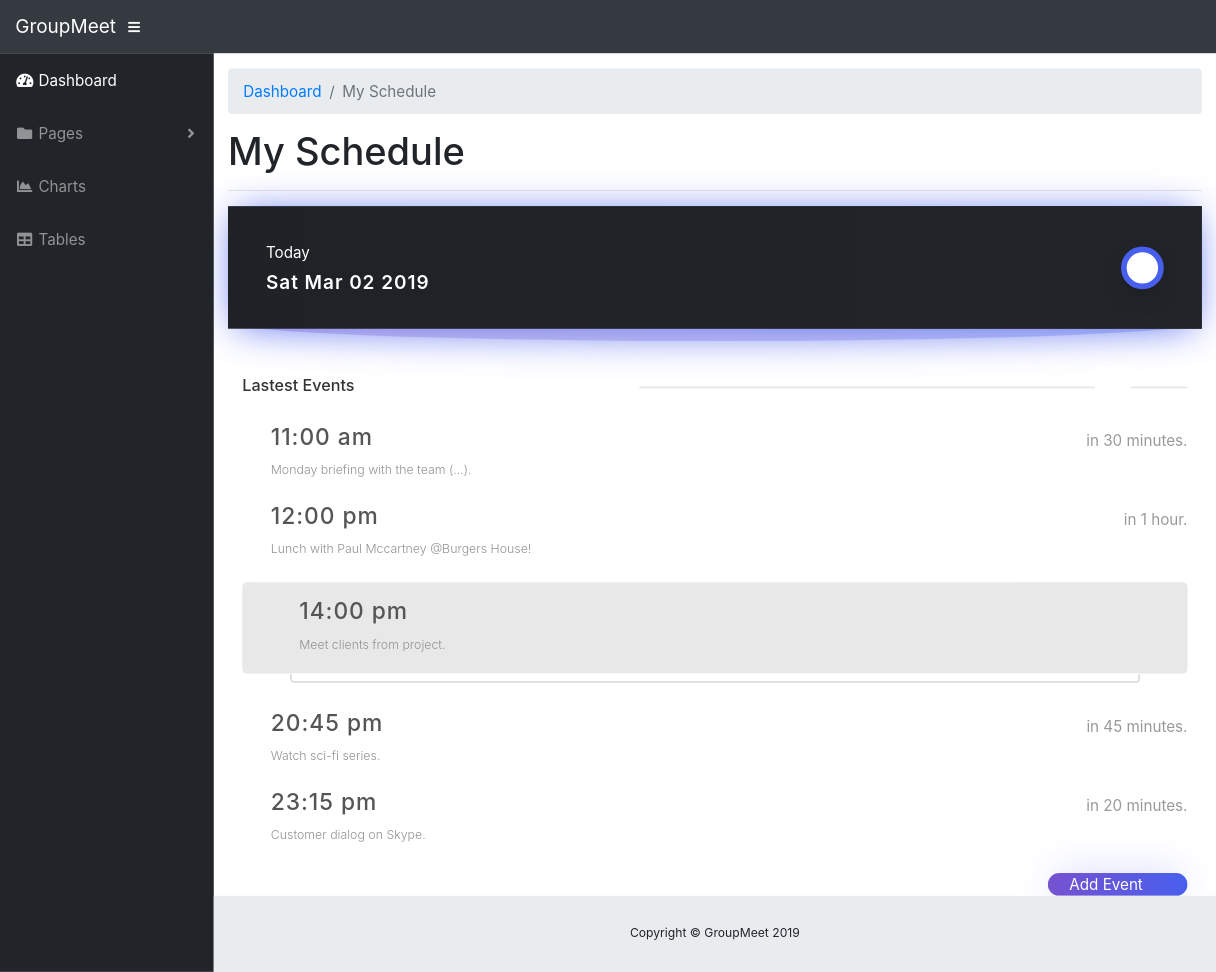
Repository: Map2g/GroupMeet
Page: messing_around.html
The author's editor kept a record of every edit. The page is drawn from the files as they stood at one moment, then again after the next edit.
The browser window is 1280 px wide. The pictures show the whole page, at 95% of full size.

Above is the page before.

### messing_around.html
<!DOCTYPE html>
  <meta charset="utf-8">
  <meta http-equiv="X-UA-Compatible" content="IE=edge">
  <meta name="viewport" content="width=device-width, initial-scale=1, shrink-to-fit=no">
  <meta name="description" content="">
  <meta name="author" content="">

  <title>SB Admin - Dashboard</title>

  <!-- Custom fonts for this template-->
  <link href="vendor/fontawesome-free/css/all.min.css" rel="stylesheet" type="text/css">

  <!-- Page level plugin CSS-->
  <link href="vendor/datatables/dataTables.bootstrap4.css" rel="stylesheet">
  <link href="calendar.css" rel="stylesheet">

  <!-- Custom styles for this template-->
  <link href="css/sb-admin.css" rel="stylesheet">

</head>

<body id="page-top">

  <nav class="navbar navbar-expand navbar-dark bg-dark static-top">

    <a class="navbar-brand mr-1" href="index.html">GroupMeet</a>

    <button class="btn btn-link btn-sm text-white order-1 order-sm-0" id="sidebarToggle" href="#">
      <i class="fas fa-bars"></i>
    </button>

    <!-- Navbar Search
    <form class="d-none d-md-inline-block form-inline ml-auto mr-0 mr-md-3 my-2 my-md-0">
      <div class="input-group">
        <input type="text" class="form-control" placeholder="Search for..." aria-label="Search" aria-describedby="basic-addon2">
        <div class="input-group-append">
          <button class="btn btn-primary" type="button">
            <i class="fas fa-search"></i>
          </button>
        </div>
      </div>
    </form>

    <!-- Navbar
    <ul class="navbar-nav ml-auto ml-md-0">
      <li class="nav-item dropdown no-arrow mx-1">
        <a class="nav-link dropdown-toggle" href="#" id="alertsDropdown" role="button" data-toggle="dropdown" aria-haspopup="true" aria-expanded="false">
          <i class="fas fa-bell fa-fw"></i>
          <span class="badge badge-danger">9+</span>
        </a>
        <div class="dropdown-menu dropdown-menu-right" aria-labelledby="alertsDropdown">
          <a class="dropdown-item" href="#">Action</a>
          <a class="dropdown-item" href="#">Another action</a>
          <div class="dropdown-divider"></div>
          <a class="dropdown-item" href="#">Something else here</a>
        </div>
      </li>
      <li class="nav-item dropdown no-arrow mx-1">
        <a class="nav-link dropdown-toggle" href="#" id="messagesDropdown" role="button" data-toggle="dropdown" aria-haspopup="true" aria-expanded="false">
          <i class="fas fa-envelope fa-fw"></i>
          <span class="badge badge-danger">7</span>
        </a>
        <div class="dropdown-menu dropdown-menu-right" aria-labelledby="messagesDropdown">
          <a class="dropdown-item" href="#">Action</a>
          <a class="dropdown-item" href="#">Another action</a>
          <div class="dropdown-divider"></div>
          <a class="dropdown-item" href="#">Something else here</a>
        </div>
      </li>
      <li class="nav-item dropdown no-arrow">
        <a class="nav-link dropdown-toggle" href="#" id="userDropdown" role="button" data-toggle="dropdown" aria-haspopup="true" aria-expanded="false">
          <i class="fas fa-user-circle fa-fw"></i>
        </a>
        <div class="dropdown-menu dropdown-menu-right" aria-labelledby="userDropdown">
          <a class="dropdown-item" href="#">Settings</a>
          <a class="dropdown-item" href="#">Activity Log</a>
          <div class="dropdown-divider"></div>
          <a class="dropdown-item" href="#" data-toggle="modal" data-target="#logoutModal">Logout</a>
        </div>
      </li>
    </ul>-->

  </nav>

  <div id="wrapper">

    <!-- Sidebar -->
    <ul class="sidebar navbar-nav">
      <li class="nav-item active">
        <a class="nav-link" href="index.html">
          <i class="fas fa-fw fa-tachometer-alt"></i>
          <span>Dashboard</span>
        </a>
      </li>
      <li class="nav-item dropdown">
        <a class="nav-link dropdown-toggle" href="#" id="pagesDropdown" role="button" data-toggle="dropdown" aria-haspopup="true" aria-expanded="false">
          <i class="fas fa-fw fa-folder"></i>
          <span>Pages</span>
        </a>
        <div class="dropdown-menu" aria-labelledby="pagesDropdown">
          <h6 class="dropdown-header">Login Screens:</h6>
          <a class="dropdown-item" href="login.html">Login</a>
          <a class="dropdown-item" href="register.html">Register</a>
          <a class="dropdown-item" href="forgot-password.html">Forgot Password</a>
          <div class="dropdown-divider"></div>
          <h6 class="dropdown-header">Group Management:</h6>
          <a class="dropdown-item" href="register_group.html">Create a Group</a>
          <a class="dropdown-item" href="blank.html">View Group</a>
        </div>
      </li>
      <li class="nav-item">
        <a class="nav-link" href="charts.html">
          <i class="fas fa-fw fa-chart-area"></i>
          <span>Charts</span></a>
      </li>
      <li class="nav-item">
        <a class="nav-link" href="tables.html">
          <i class="fas fa-fw fa-table"></i>
          <span>Tables</span></a>
      </li>
    </ul>

    <div id="content-wrapper">

      <div class="container-fluid">

        <!-- Breadcrumbs-->
        <ol class="breadcrumb">
          <li class="breadcrumb-item">
            <a href="index.html">Dashboard</a>
          </li>
          <li class="breadcrumb-item active">My Schedule</li>
        </ol>

        <!-- Page Content -->
        <h1>My Schedule</h1>
        <hr>

         <!--======= Today =======-->

   <section class="today-box" id="today-box">
      <span class="breadcrumb2">Today</span>  <!--Doesn't work right-->
      <h3 class="date-title"><script>document.write(new Date().toDateString());</script></h3>
      <div class="plus-icon">
         <i class="ion ion-ios-add"></i>
      </div>
   </section>

   <!--======= Upcoming Events =======-->

   <section class="upcoming-events">
      <div class="container">
         <h3>
            Lastest Events

         </h3>
         <div class="events-wrapper">
            <div class="event">
               <i class="ion ion-ios-flame hot"></i>
               <h4 class="event__point">11:00 am</h4>
               <span class="event__duration">in 30 minutes.</span>
               <p class="event__description">
                  Monday briefing with the team (...).
               </p>
            </div>
            <div class="event">
               <i class="ion ion-ios-flame done"></i>
               <h4 class="event__point">12:00 pm</h4>
               <span class="event__duration">in 1 hour.</span>
               <p class="event__description">
                  Lunch with Paul Mccartney @Burgers House!
               </p>
            </div>
            <div class="event active">
               <i class="ion ion-ios-radio-button-on icon-in-active-mode"></i>
               <h4 class="event__point">14:00 pm</h4>
               <p class="event__description">
                  Meet clients from project.
               </p>
            </div>
            <div class="event">
               <i class="ion ion-ios-flame-outline upcoming"></i>
               <h4 class="event__point">20:45 pm</h4>
               <span class="event__duration">in 45 minutes.</span>
               <p class="event__description">
                  Watch sci-fi series.
               </p>
            </div>
            <div class="event">
               <i class="ion ion-ios-flame-outline upcoming"></i>
               <h4 class="event__point">23:15 pm</h4>
               <span class="event__duration">in 20 minutes.</span>
               <p class="event__description">
                  Customer dialog on Skype.
               </p>
            </div>
         </div>
         <button class="add-event-button">
            <span class="add-event-button__title">Add Event</span>

            <span class="add-event-button__icon">
               <i class="ion ion-ios-star-outline"></i>
            </span>


         </button>
      </div>
   </section>


      </div>
      <!-- /.container-fluid -->

      <!-- Sticky Footer -->
      <footer class="sticky-footer">
        <div class="container my-auto">
          <div class="copyright text-center my-auto">
            <span>Copyright © GroupMeet 2019</span>
          </div>
        </div>
      </footer>

    </div>
    <!-- /.content-wrapper -->

  </div>
  <!-- /#wrapper -->

  <!-- Scroll to Top Button-->
  <a class="scroll-to-top rounded" href="#page-top">
    <i class="fas fa-angle-up"></i>
  </a>

  <!-- Logout Modal-->
  <div class="modal fade" id="logoutModal" tabindex="-1" role="dialog" aria-labelledby="exampleModalLabel" aria-hidden="true">
    <div class="modal-dialog" role="document">
      <div class="modal-content">
        <div class="modal-header">
          <h5 class="modal-title" id="exampleModalLabel">Ready to Leave?</h5>
          <button class="close" type="button" data-dismiss="modal" aria-label="Close">
            <span aria-hidden="true">×</span>
          </button>
        </div>
        <div class="modal-body">Select "Logout" below if you are ready to end your current session.</div>
        <div class="modal-footer">
          <button class="btn btn-secondary" type="button" data-dismiss="modal">Cancel</button>
          <a class="btn btn-primary" href="login.html">Logout</a>
        </div>
      </div>
    </div>
  </div>

  <!-- Bootstrap core JavaScript-->
  <script src="vendor/jquery/jquery.min.js"></script>
  <script src="vendor/bootstrap/js/bootstrap.bundle.min.js"></script>

  <!-- Core plugin JavaScript-->
  <script src="vendor/jquery-easing/jquery.easing.min.js"></script>

  <!-- Custom scripts for all pages-->
  <script src="js/sb-admin.min.js"></script>

</body>

</html>

### calendar.css

html {
   box-sizing: border-box;
}

*, *:before, *:after {
   box-sizing: inherit;
}

* {
   outline: 0;
}

/*body {
   background: linear-gradient(45deg, rgb(19, 73, 95), rgb(118, 75, 226), rgb(131, 115, 198), rgb(119, 211, 185));
   background-attachment: fixed;
   height:100vh;
   padding: 3rem 0;
   margin: 0;
   color: #555;
   font: {
      family: 'Lato', sans-serif;
      size: 14px;
   }
}*/

.container {
   width: 90%;
   margin: auto;
}

.mobile-wrapper {
   background: #fff;
   /* relative with .today-box::before*/
   z-index: 1;  /*positive*/ // PARENT
   position: relative;
   /*---------*/
   width: 380px;
   min-height: 100%;
   margin: auto;
   padding: 10px 0 20px;
   border-radius: 10px;
   box-shadow: 0px 10px 30px -10px #000;
   overflow: hidden;

}

/*.header {
   padding-bottom: 15px;
   margin-bottom: 40px;
   .container {
      position: relative;
      span {
         color: #444;
         font: {
            family: 'Ramabhadra';
            size: 21px;
            weight: 700;
         }
      }
      h1 {
         margin-top: 5px;
         color: #919294;
         font: {
            size: 13px;
            weight: 300;
         }
      }

      .menu-toggle {
         width: 25px;
         height: 25px;
         background: #fff;
         padding: 24px;
         border-radius: 50%;
         direction: rtl;
         display: flex;
         align-items: center;
         justify-content: center;
         box-shadow: 0px 10px 30px -14px #000;
         position: absolute;
         top: 0;
         right: 0;
         cursor: pointer;
         span {
            display: block;
            width: 25px;
            height: 2px;
            background: #777;
            border-radius: 2px;
            transition: all 300ms ease;
            &:not(:last-child) {
               margin-bottom: 5px;
            }
            &:first-child {
               width: 20px;
            }
            &:last-child {
               width: 15px;
            }
         }
         &:hover span:first-child,
         &:hover span:last-child {
            width: 100%;
         }
      }
      &::before {
         content: "";
         display: block;
         width: 0;
         height: 0;
         border: 6px solid transparent;
         border-left-color: #e8e8e8;
         position: absolute;
         bottom: -13px;
         right: 0px;
      }
      &::after {
         content: "";
         display: block;
         width: calc(100% - 10px);
         height: 2px;
         background-color: #e8e8e8;
         position: relative;
         top: 8px;
      }
   }
}*/

.today-box {
   background: linear-gradient(to left, #212529, rgba(0, 0, 0, 0.075)), #212529;
   color: #FFF;
   padding: 37px 40px;
   position: relative;
   box-shadow: 0px 0px 40px -9px #485fed;
   margin-bottom: 50px;
   &::before {
      content: "";
      background: linear-gradient(to left, #485fed, rgba(255, 44, 118, .25)), #485fed;
      opacity: 0.4;
      z-index: -1; // CHILD /*negative*/ /* relative with .mobile-wrapper it's his parent background*/
      display: block;
      width: 100%;
      height: 40px;
      margin: auto;
      position: absolute;
      bottom: -13px;
      left: 50%;
      transform: translatex(-50%);
      border-radius: 50%;
      box-shadow: 0px 0px 40px 0 #485fed;
   }
   .breadcrumb {
      font-weight: 300;
      position: relative;
      &::after {
         content: "\f3d1";
         font-family: 'Ionicons';
         vertical-align: middle;
         font-size: 12px;
         font-weight: 100;
         display: inline-block;
         color: #fff;
         text-align: center;
         position: absolute;
         left: 45px;
         top: 3px;
      }
   }
   .date-title {
      font-size: 20px;
      margin: 7px 0 0 0;
      letter-spacing: 1px;
      font-weight: 600;
      text-shadow: 0px 0px 5px  rgba(#000, 0.15);

   }
   .plus-icon {
      border: 2px solid rgba(#FFF, 0.6);
      border-radius: 50%;
      box-shadow: 0px 10px 30px -14px #000;
      position: absolute;
      top: 50%;
      transform: translateY(-50%);
      right: 40px;
      cursor: pointer;
      transition: all 350ms ease;
      transition-timing-function: cubic-bezier(0.05,1.8,1,1.57);
      &:hover {
         transform: translateY(-40%);
      }
      i {
         font-size: 22px;
         font-weight: 700;
         background: #fff;
         color: #777;
         width: 45px;
         height: 45px;
         border: 6px solid #485fed;
         border-radius: 50%;
         display: flex;
         align-items: center;
         justify-content: center;
      }
      &:active {
         top: 52%;
         transform: translatey(-52%);
         right: 38px;
         box-shadow: 0px 8px 30px -14px #000;

      }
   }
}


.upcoming-events {
   .container {
      h3 {
         color: #333;
         font-size: 17px;
         margin-bottom: 30px;
         position: relative;
         &::before {
            content: "";
            display: block;
            width: 58%;
            height: 2px;
            background-color: #e8e8e8;
            position: absolute;
            top: 60%;
            transform: translatey(-60%);
            right: 0;
         }
         &::after {
            content: "\f3ff";
            font-family: 'Ionicons';
            color: rgba(0, 0, 0, 0.1);
            vertical-align: middle;
            font-size: 36px;
            font-weight: 100;
            display: inline-block;
            background: #fff;
            color: #919294;
            width: 38px;
            text-align: center;
            position: absolute;
            right: 60px;
            top: -10px;
         }
      }
      .events-wrapper {
         margin-bottom: 30px;
         .event {
            position: relative;
            margin-bottom: 25px;
            padding-left:30px;
            cursor: pointer;
            i {
               font-size: 24px;
               font-weight: 100;
               position: absolute;
               left: 0;
               top: -4px;
            }
            .event__point {
               margin: 0;
               color: #555;
               font: {
                  size: 15px;
                  weight: 800;
               }
               letter-spacing: 1px;
            }
            .event__duration {
               position: absolute;
               top: 5px;
               right: 0;
               color: #999;
               font: {
                  size: 10px;
                  weight: 800;
                  style: italic;
               }
            }
            .event__description {
               margin-top: 10px;
               color: #919294;
               font-size: 13px;
               font-weight: 300;

            }
            &.active {
               background: #e8e8e8;
               padding: 17px 0 5px 60px;
               margin-bottom: 38px;
               border-radius: 5px;
               &::after {
                  content:"";
                  display: block;
                  width: 90%;
                  height: 10px;
                  background: #fff;
                  border: 2px solid #ddd;
                  border-top:0;
                  border-radius: 0 0 5px 5px;
                  position: absolute;
                  bottom: -10px;
                  left: 50%;
                  transform: translatex(-50%);
               }
               i {
                  position: absolute;
                  left: 25px;
                  top: 17px;
               }
               .event__description {
                  &::before,
                  &::after {
                     content: "\f3d1";
                     font-family: 'Ionicons';
                     font-size: 32px;
                     display: inline-block;
                     color: #919294;
                     text-align: center;
                     position: absolute;
                     right: 30px;
                     top: 50%;
                     transform: translateY(-50%);
                     cursor: pointer;
                  }
                  &::before {
                     right: 45px;
                     font-size: 22px;
                     transition: all 550ms ease;
                     transition-timing-function: cubic-bezier(0.05,1.8,1,1.57);
                  }
               }
               &:hover .event__description::before {
                  transform: translate(15px, -12px);
               }
            }
         }
      }
   }
}


.hot {
   color: #ee6b51;
}

.done {
   color: #999 !important;
}

.icon-in-active-mode {
   color: #43ff28;
   font-size: 20px !important;
}

.upcoming {
   font-weight: bold;
   color: #777

}


.add-event-button {
   display: flex;
   align-items: center;
   margin-left: auto;
   border: 0;
   padding: 0;
   background: linear-gradient(to left, #485fed, rgba(255, 44, 118, .25)), #485fed;
   border-radius: 50px;
   cursor: pointer;
   box-shadow: 0px 0px 40px -9px #485fed;
   &:active {
      position: relative;
      top: 2px;
      left: 2px;
   }
   .add-event-button__title{
      color: #FFF;
      padding: 0 18px 0 23px;
      text-shadow: 0px 0px 5px  rgba(#000, 0.2);
      font: {
         family: 'Lato';
         size: 15px;
         weight: 600;
      }
   }
   .add-event-button__icon {
      display: inline-block;
      background: rgba(#FFF, 0.1);
      padding: 0 17px 0 12px;
      height: 100%;
      i {
         margin: 0;
         color: #fff;
         font-size: 25px;
         padding: 13px 0;
      }
   }
}

Loaded but not shown: vendor/fontawesome-free/css/all.min.css (library); vendor/datatables/dataTables.bootstrap4.css (library); css/sb-admin.css (library); vendor/jquery/jquery.min.js (library); vendor/bootstrap/js/bootstrap.bundle.min.js (library); vendor/jquery-easing/jquery.easing.min.js (common file); js/sb-admin.min.js (common file)

After the next edit:
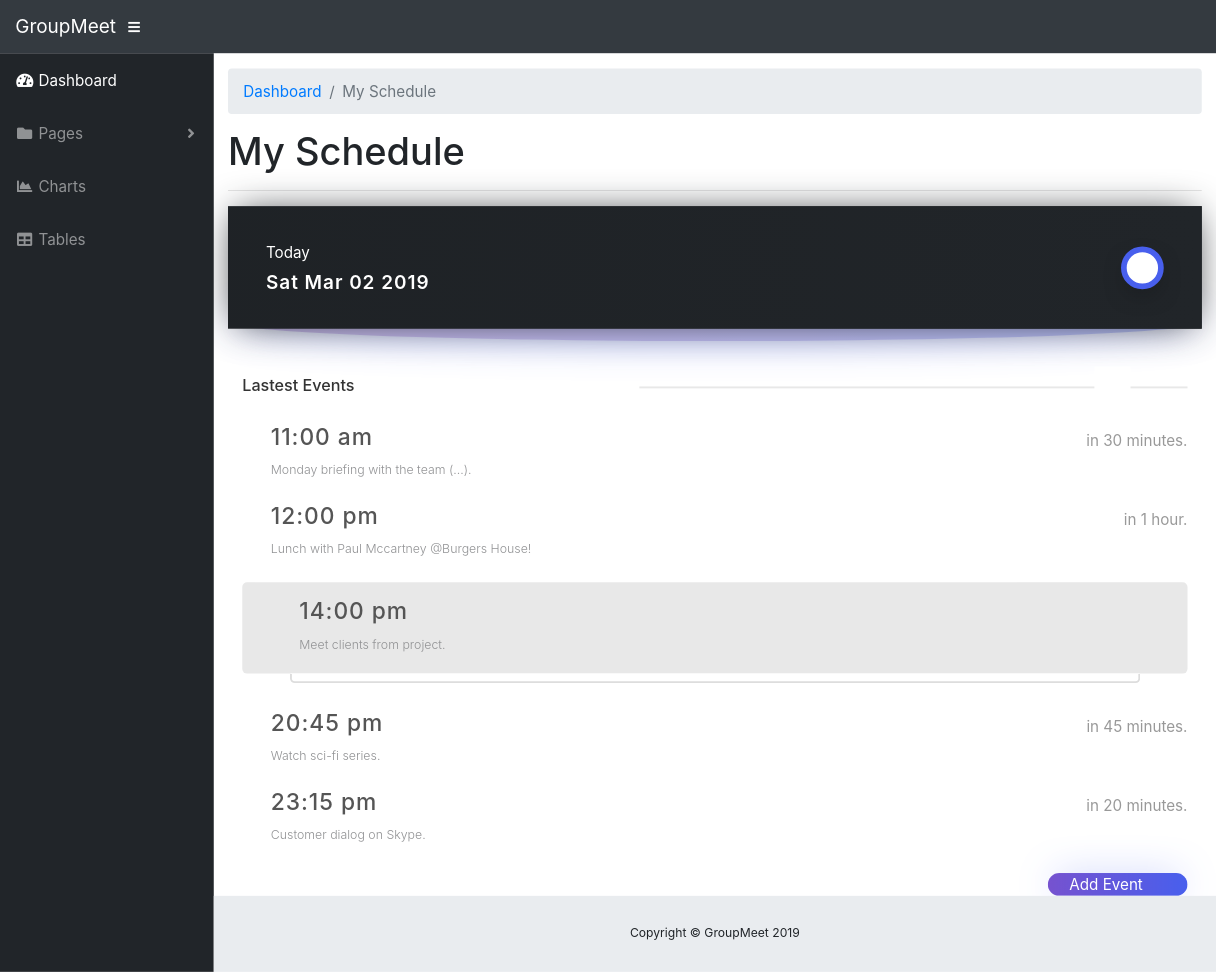
The edit:
--- a/calendar.css
+++ b/calendar.css
@@ -132,7 +132,7 @@
    color: #FFF;
    padding: 37px 40px;
    position: relative;
-   box-shadow: 0px 0px 40px -9px #485fed;
+   box-shadow: 0px 0px 40px -9px #212529;
    margin-bottom: 50px;
    &::before {
       content: "";
